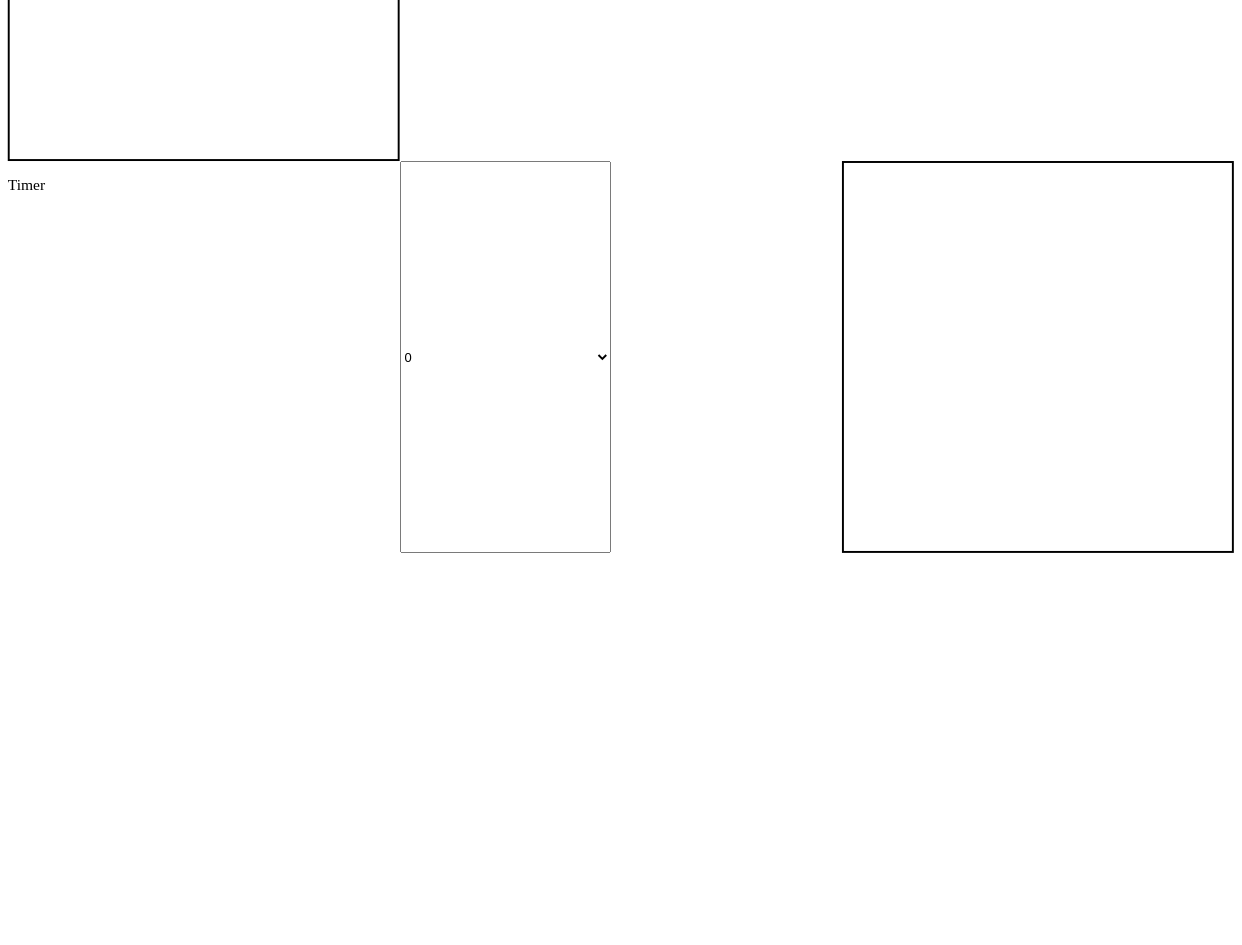
Repository: dmpelaez/photoBoothy
Page: Photobooth.html
The author's editor kept a copy of each file at every save. The page is drawn from the files as they stood at one save, then again after the next save.
The browser window is 1280 px wide. The pictures show the whole page, at 97% of full size.
Some web libraries are served in a nearby version.

Above is the page before, as saved 2025-12-16 23:12:54.

After the next save:
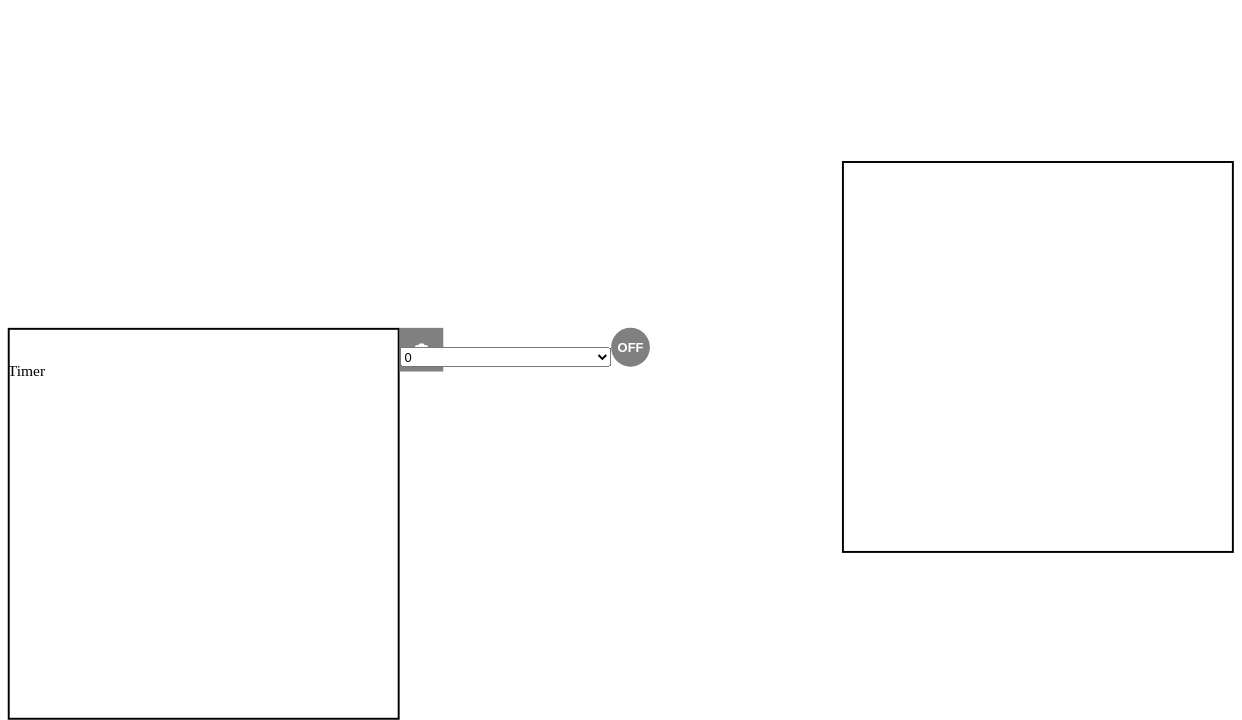
Saved 20 s later.
--- a/Photobooth.css
+++ b/Photobooth.css
@@ -10,7 +10,7 @@ body {
 .container {
   display: grid;
   grid-template-columns: 1fr 1fr 1fr;
-   grid-template-rows: 1fr 1fr 1fr;
+   grid-template-rows: 20px 20px 20px;
 }
 #video,
 #canvas-image {
